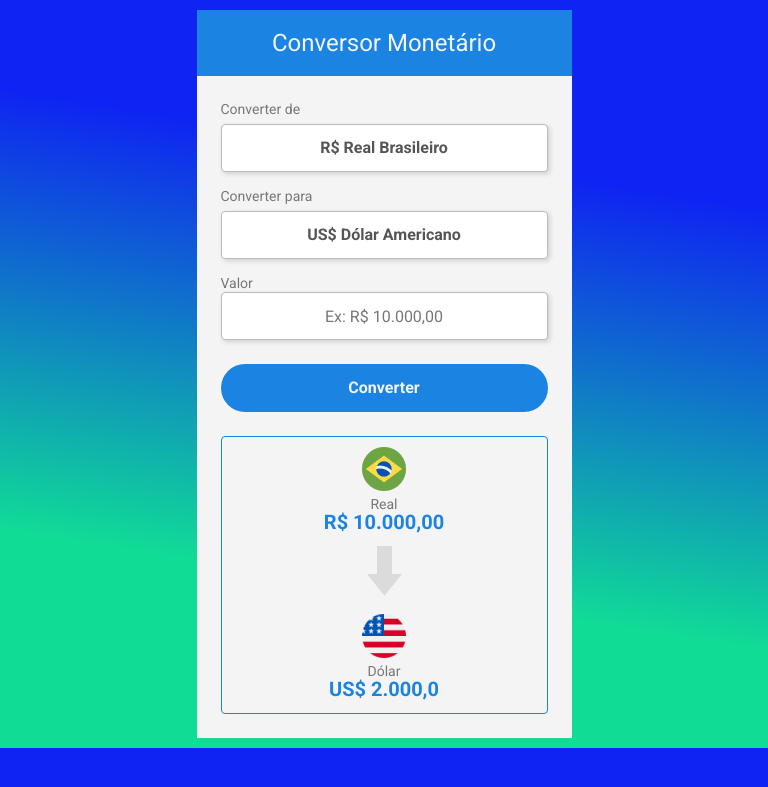
Repository: isayrous/coin-converter
Page: index.html
The author's editor kept a copy of each file at every save. The page is drawn from the files as they stood at one save, then again after the next save.
The browser window is 768 px wide. The pictures show the whole page.

Above is the page before, as saved 2022-11-02 23:30:17.

After the next save:
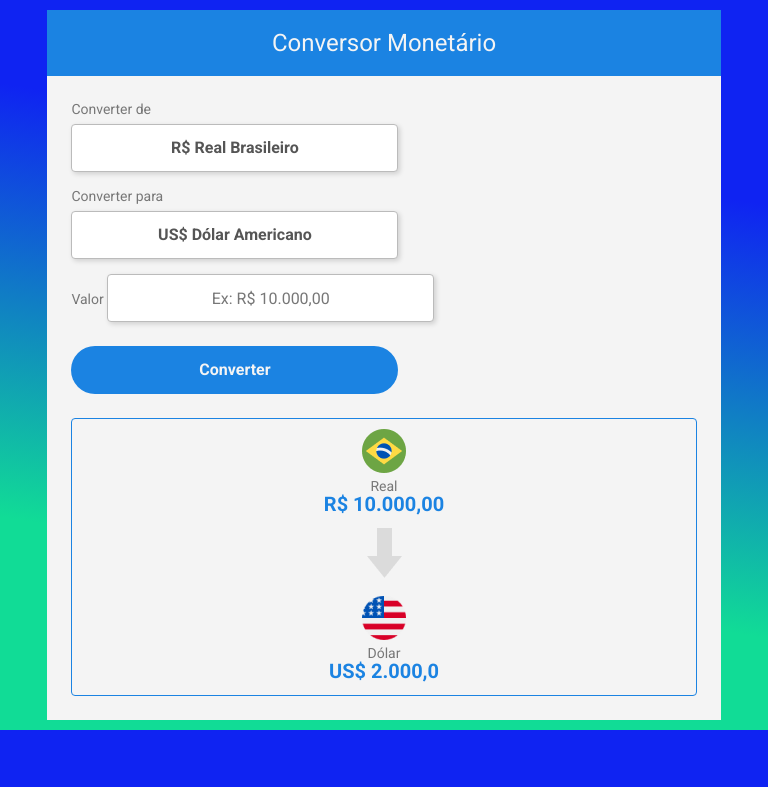
Saved 58 s later.
--- a/style.css
+++ b/style.css
@@ -131,5 +131,9 @@ input::placeholder{color: #777777;
 
 
 @media screen and (max-width: 900px){
-
+    .container {
+        height: 100%;
+        width: 90%;
+        background-color: #F4F4F4;
+    }
 }
